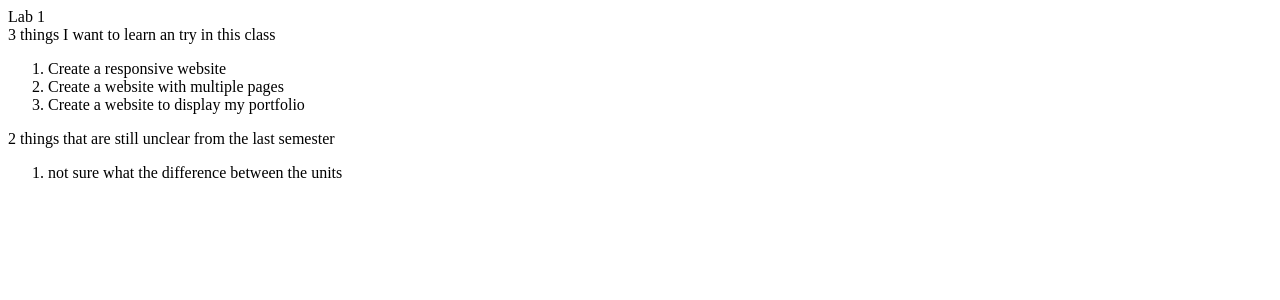
Repository: Angehyy/MDIA-2109
Page: index.html
An editor plug-in stored every save of this project. The page is shown before and after the next save, followed by the edit.
The browser window is 1280 px wide. The pictures show the whole page.

Above is the page before, as saved 2025-01-29 18:40:07.

### index.html
<!DOCTYPE html>
<html lang="en">
<head>
    <meta charset="UTF-8">
    <meta name="viewport" content="width=device-width, initial-scale=1.0">
    <link rel="stylesheet" href="styles.css">
    <title>Angel's 3-2-1</title>
</head>
<body>
    <div class="container">
        <div class="header">
            <div class="title">Lab 1</div>
        </div>
        <div class="container">
            <div class="header">
                <div class="title"><span class="number">3</span> things I want to learn an try in this class</div>
            </div>
            <div class="container-content">
                <ol>
                    <li>Create a responsive website</li>
                    <li>Create a website with multiple pages</li>
                    <li>Create a website to display my portfolio</li>
                </ol>
            </div>
        </div>
    </div>

    <div class="container">
        <div class="header">
            <div class="title"><span class="number">2</span> things that are still unclear from the last semester</div>
        </div>
        <div class="container-content">
            <ol>
                <li>not sure what the difference between the units </li>
            </ol>

        </div>
    </div>


</body>
</html>

Loaded but not shown: styles.css (empty)

After the next save:
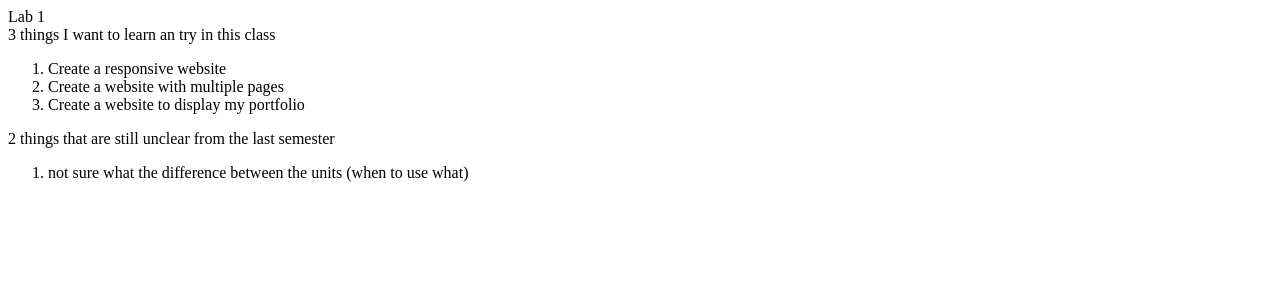
Saved 6 s later.
--- a/index.html
+++ b/index.html
@@ -31,7 +31,7 @@
         </div>
         <div class="container-content">
             <ol>
-                <li>not sure what the difference between the units </li>
+                <li>not sure what the difference between the units (when to use what)</li>
             </ol>
 
         </div>
